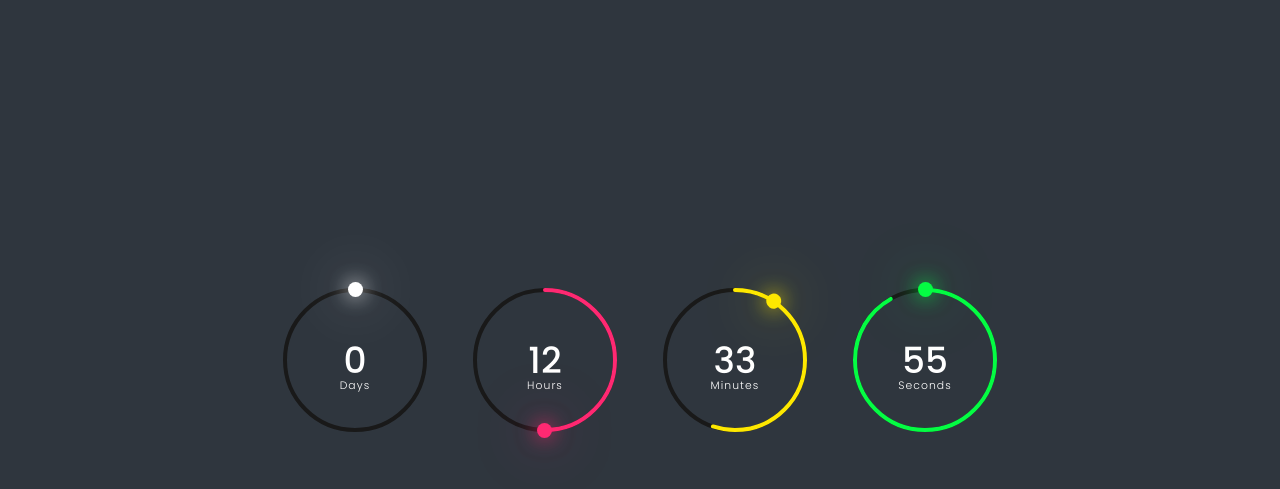
Repository: northpx/happyNY
Page: index.html
The author's editor kept a copy of each file at every save. The page is drawn from the files as they stood at one save, then again after a run of saves.
The browser window is 1280 px wide. The pictures show the whole page.

Above is the page before, as saved 2022-12-31 11:41:54.

After the next 4 saves:
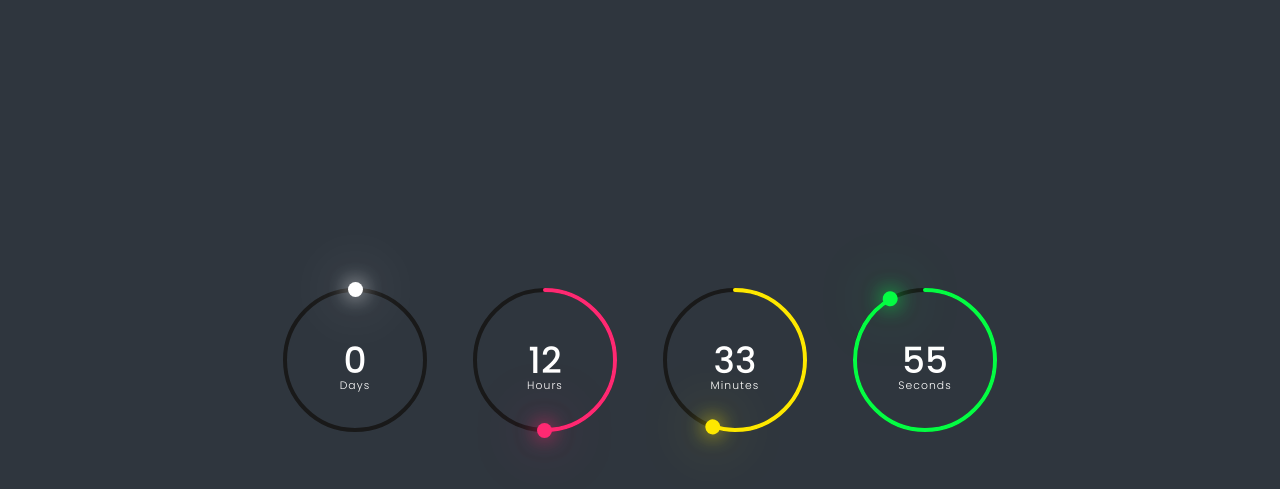
The 4 saves are shown as one change because they came seconds apart.
The last was saved 12 s later.
--- a/index.html
+++ b/index.html
@@ -84,8 +84,8 @@
 
             day_dot.style.transform = `rotateZ(${d * 0.9986}deg)`
             hr_dot.style.transform = `rotateZ(${h * 15}deg)`
-            min_dot.style.transform = `rotateZ(${m * 0.9986}deg)`
-            day_dot.style.transform = `rotateZ(${d * 0.9986}deg)`
+            min_dot.style.transform = `rotateZ(${m * 6}deg)`
+            sec_dot.style.transform = `rotateZ(${s * 6}deg)`
         })
     </script>
 </body>
